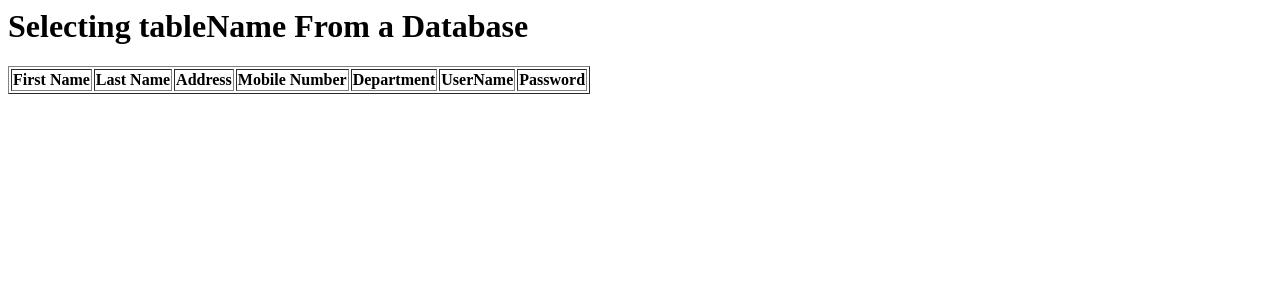
Repository: priyankamergu/MyAllProjects
Page: http://localhost/NewTrainingServlet/DeleteDetail.jsp
These files come from the project's save history. The page is drawn as it stood at one moment and after the next save; the edit follows.
The browser window is 1280 px wide. The pictures show the whole page.
The page is served by Tomcat 9. Queries for data that is not in the repository find no rows.

Above is the page before, as saved 2019-11-08 05:46:27.

After the next save:
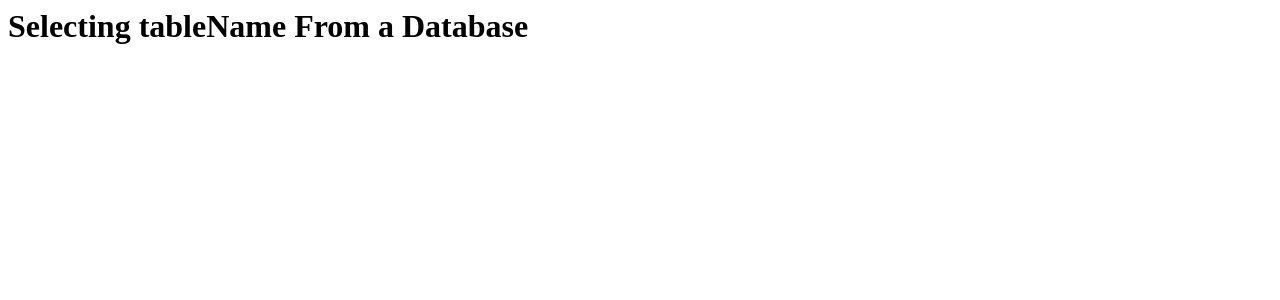
Saved 56 s later.
--- a/Workspace_JEE7_WEB/NewTrainingServlet/WebContent/DeleteDetail.jsp
+++ b/Workspace_JEE7_WEB/NewTrainingServlet/WebContent/DeleteDetail.jsp
@@ -14,33 +14,12 @@
         <%
         String fname=request.getParameter("fname");
             Connection connection = DbConnection.getConnect();
-			PreparedStatement pstmt=connection.prepareStatement("select * from registration where First_Name = ?");
+			PreparedStatement pstmt=connection.prepareStatement("DELETE from registration where First_Name = ?");
           	pstmt.setString(1, fname);
 			ResultSet rs=pstmt.executeQuery();
 
         %>
 
-        <TABLE BORDER="1">
-            <TR>
-                <TH>First Name</TH>
-                <TH>Last Name</TH>
-                <TH>Address</TH>
-                <TH>Mobile Number</TH>
-                <TH>Department</TH>
-                <TH>UserName</TH>
-                <TH>Password</TH>
-            </TR>
-            <% while(rs.next()){ %>
-            <TR>
-                <TD> <%= rs.getString(1) %></td>
-                <TD> <%= rs.getString(2) %></TD>
-                <TD> <%= rs.getString(3) %></TD>
-                <TD> <%= rs.getString(4) %></TD>
-                <TD> <%= rs.getString(5) %></TD>
-                <TD> <%= rs.getString(6) %></TD>
-                <TD> <%= rs.getString(7) %></TD>
-            </TR>
-            <% } %>
-        </TABLE>
+
     </BODY>
 </HTML>
